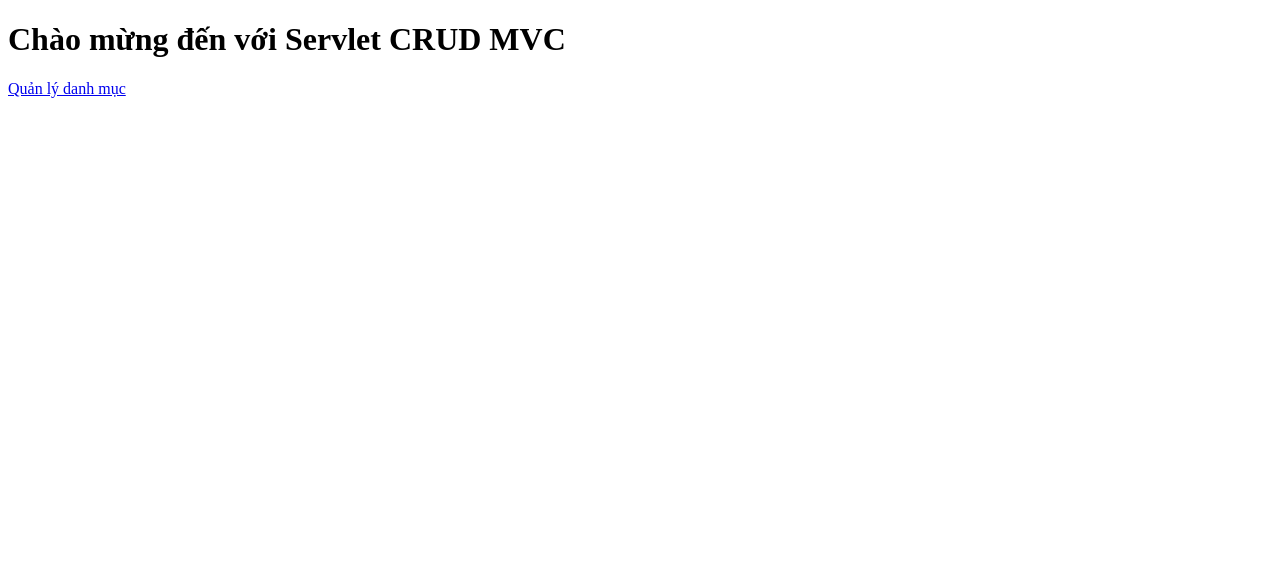
Repository: Ticasslo/23110327_HuynhNgocThang_LTWeb_BT
Page: http://localhost/23110327/
The author's editor kept a copy of each file at every save. The page is drawn from the files as they stood at one save, then again after the next save.
The browser window is 1280 px wide. The pictures show the whole page.
The page is served by Tomcat 10. Other server files are loaded and not shown.

Above is the page before, as saved 2025-08-29 15:51:31.

### 23110327/src/main/webapp/index.jsp
<%@ page language="java" contentType="text/html; charset=UTF-8"
	pageEncoding="UTF-8"%>
<%@ taglib prefix="c" uri="http://java.sun.com/jsp/jstl/core"%>
<!DOCTYPE html>
<html>
<head>
<meta charset="UTF-8">
<title>Servlet CRUD MVC</title>
</head>
<body>
	<h1>Chào mừng đến với Servlet CRUD MVC</h1>
	<p>
		<a href="<c:url value='/admin/category/list'/>">Quản lý danh mục</a>
	</p>
</body>
</html>

After the next save:
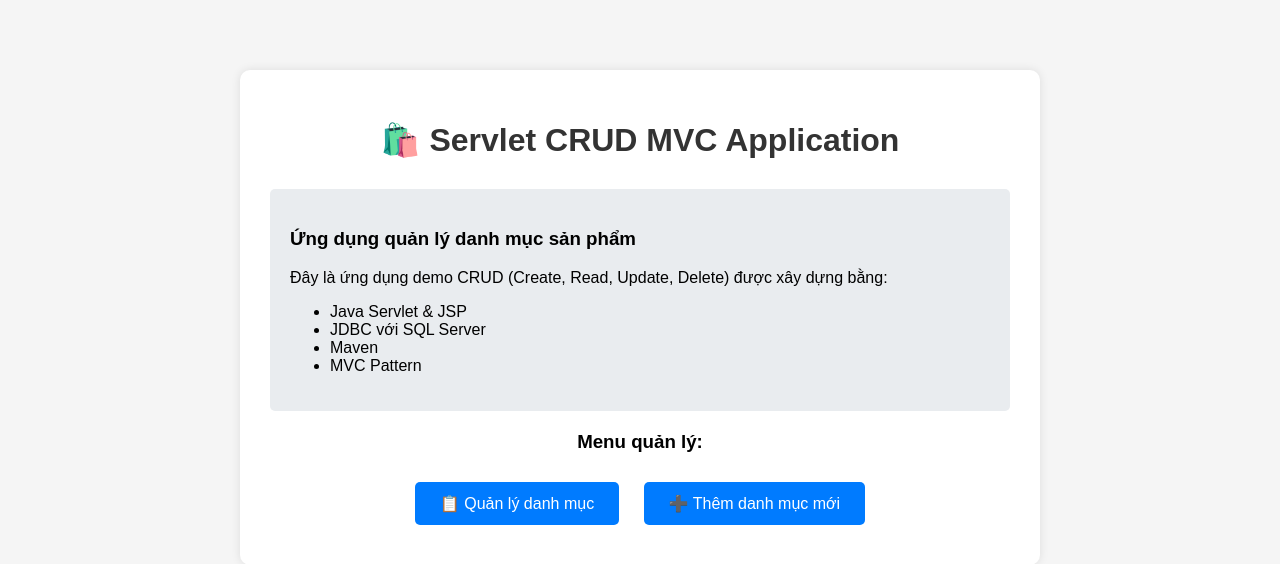
Saved 69 s later.
--- a/23110327/src/main/webapp/index.jsp
+++ b/23110327/src/main/webapp/index.jsp
@@ -1,16 +1,74 @@
-<%@ page language="java" contentType="text/html; charset=UTF-8"
-	pageEncoding="UTF-8"%>
-<%@ taglib prefix="c" uri="http://java.sun.com/jsp/jstl/core"%>
+<%@ page language="java" contentType="text/html; charset=UTF-8" pageEncoding="UTF-8"%>
+<%@ taglib prefix="c" uri="http://java.sun.com/jsp/jstl/core" %>
 <!DOCTYPE html>
 <html>
 <head>
-<meta charset="UTF-8">
-<title>Servlet CRUD MVC</title>
+    <meta charset="UTF-8">
+    <title>Servlet CRUD MVC - Trang chủ</title>
+    <style>
+        body {
+            font-family: Arial, sans-serif;
+            max-width: 800px;
+            margin: 50px auto;
+            padding: 20px;
+            background-color: #f5f5f5;
+        }
+        .container {
+            background-color: white;
+            padding: 30px;
+            border-radius: 10px;
+            box-shadow: 0 0 10px rgba(0,0,0,0.1);
+        }
+        h1 {
+            color: #333;
+            text-align: center;
+            margin-bottom: 30px;
+        }
+        .menu {
+            text-align: center;
+        }
+        .btn {
+            display: inline-block;
+            padding: 12px 25px;
+            margin: 10px;
+            background-color: #007bff;
+            color: white;
+            text-decoration: none;
+            border-radius: 5px;
+            font-size: 16px;
+            transition: background-color 0.3s;
+        }
+        .btn:hover {
+            background-color: #0056b3;
+        }
+        .description {
+            margin: 20px 0;
+            padding: 20px;
+            background-color: #e9ecef;
+            border-radius: 5px;
+        }
+    </style>
 </head>
 <body>
-	<h1>Chào mừng đến với Servlet CRUD MVC</h1>
-	<p>
-		<a href="<c:url value='/admin/category/list'/>">Quản lý danh mục</a>
-	</p>
+    <div class="container">
+        <h1>🛍️ Servlet CRUD MVC Application</h1>
+
+        <div class="description">
+            <h3>Ứng dụng quản lý danh mục sản phẩm</h3>
+            <p>Đây là ứng dụng demo CRUD (Create, Read, Update, Delete) được xây dựng bằng:</p>
+            <ul>
+                <li>Java Servlet & JSP</li>
+                <li>JDBC với SQL Server</li>
+                <li>Maven</li>
+                <li>MVC Pattern</li>
+            </ul>
+        </div>
+
+        <div class="menu">
+            <h3>Menu quản lý:</h3>
+            <a href="<c:url value='/admin/category/list'/>" class="btn">📋 Quản lý danh mục</a>
+            <a href="<c:url value='/admin/category/add'/>" class="btn">➕ Thêm danh mục mới</a>
+        </div>
+    </div>
 </body>
 </html>
